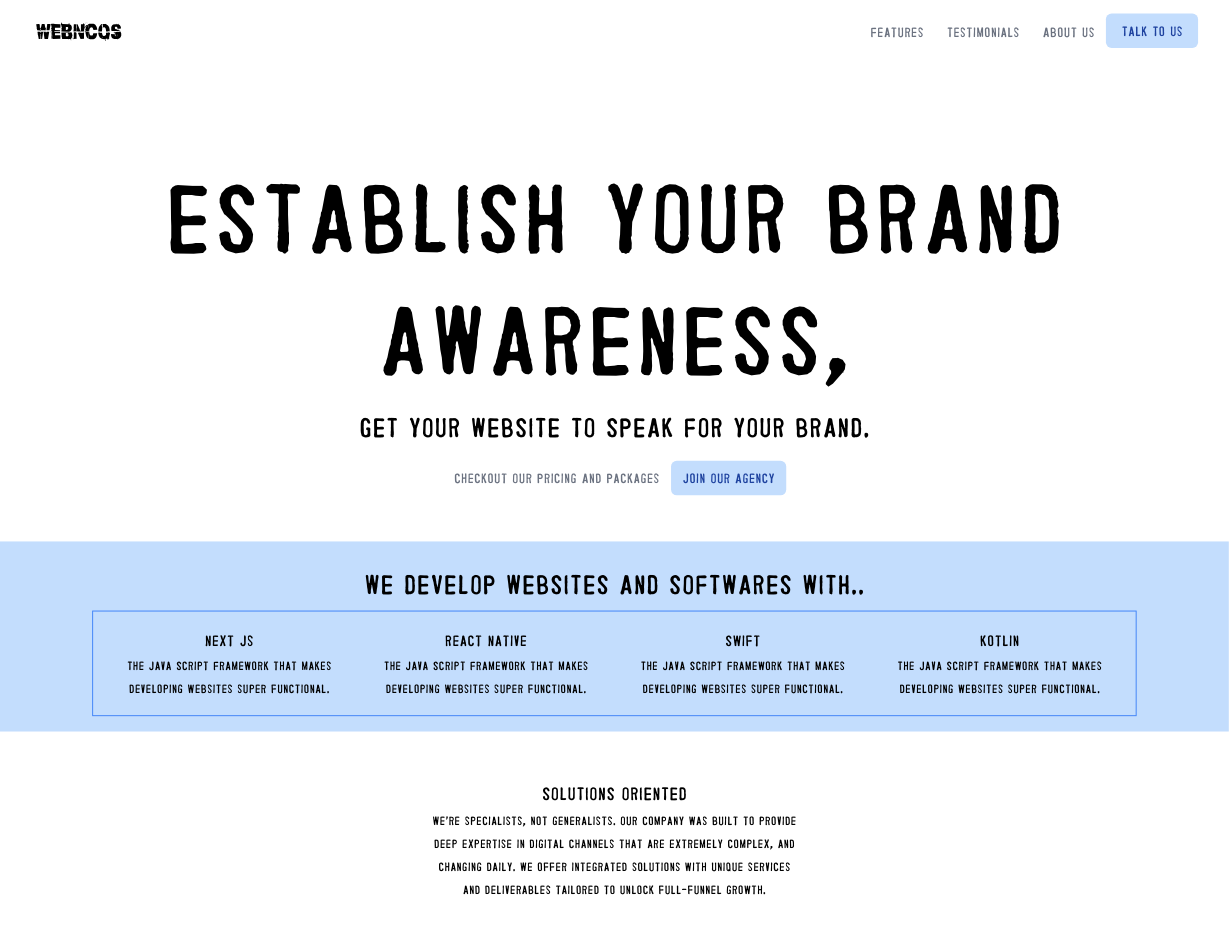
Repository: 1realjulius/webncos
Page: /
The author's editor kept a copy of each file at every save. The page is drawn from the files as they stood at one save, then again after the next save.
The browser window is 1280 px wide. The pictures show the whole page, at 96% of full size.
The project was rebuilt for these pictures with package versions that can differ from the ones it lists, and the page was loaded fresh each time. The framework's server and built-in components were replaced by stand-ins that run in the browser. Also part of the build but not shown: next.config.js.

Above is the page before, as saved 2022-09-02 08:38:05.

### pages/index.tsx
import type { NextPage } from "next";
import Head from "next/head";
import ComingSoon from "../components/ComingSoon";
import MainHome from "../components/MainHome";
import NavigationBar from "../components/NavigationBar";

const Home: NextPage = () => {
  return (
    <div className="flex min-h-screen flex-col font-parcel">
      <Head>
        <title>Webncos</title>
        <meta
          name="description"
          content="Website and Software Development Agency."
        />
        <meta property="og:type" content="website" />
        <meta property="og:url" content="https://www.webncos.com/" />
        <meta
          property="og:title"
          content="Webncos — Website and Software Development Agency."
        />
        <meta
          property="og:description"
          content="Website and Software Development Agency."
        />
        {/* <meta property="og:image" content="/Assets/newmemoji.svg"/> */}
        {/* <meta property="twitter:card" content="/Assets/Julius_Eghan.jpg"/> */}
        <meta property="twitter:url" content="https://www.webncos.com/" />
        <meta
          property="twitter:title"
          content="Webncos — Website and Software Development Agency."
        />
        <meta
          property="twitter:description"
          content="Website and Software Development Agency."
        />
        {/* <meta property="twitter:image" content="/Assets/Julius_Eghan.jpg"/> */}
        <link rel="icon" href="/favicon.ico" />
        <link
          rel="apple-touch-icon"
          sizes="180x180"
          href="/apple-touch-icon.png"
        />
        <link
          rel="icon"
          type="image/png"
          sizes="32x32"
          href="/favicon-32x32.png"
        />
        <link
          rel="icon"
          type="image/png"
          sizes="16x16"
          href="/favicon-16x16.png"
        />
        <link rel="manifest" href="/site.webmanifest" />
        {/* <meta name="google-site-verification" content="0HesePHVymRqGiL70HUKPIq0Zsap0uUIb_Ci0DpImRY" /> */}
        <meta
          name="theme-color"
          content="#2563eb"
          media="(prefers-color-scheme: light)"
        />
        <meta
          name="theme-color"
          content="#2563eb"
          media="(prefers-color-scheme: dark)"
        />
      </Head>
      <NavigationBar />
      <MainHome />
    </div>
  );
};

export default Home;

### styles/globals.css
@tailwind base;
@tailwind components;
@tailwind utilities;

@layer base{
      @font-face{
        font-family: 'ApercuBold';
        src: url("/Fonts/ApercuPro-Bold.woff") format("woff"),url("/Fonts/ApercuPro-Bold.woff2") format("woff2");
      }
      @font-face{
        font-family: 'ApercuMedium';
        src: url("/Fonts/ApercuPro-Medium.woff") format("woff"),url("/Fonts/ApercuPro-Medium.woff2") format("woff2");
      }
      @font-face{
        font-family: 'circularBlack';
        src: url("/Fonts/circular-black.woff2") format("woff2");
      }
      @font-face{
        font-family: 'circularBold';
        src: url("/Fonts/circular-bold.woff2") format("woff2");
      }
      @font-face{
        font-family: 'circularBook';
        src: url("/Fonts/circular-book.woff2") format("woff2");
      }
      @font-face{
        font-family: 'circularMedium';
        src: url("/Fonts/circular-medium.woff2") format("woff2");
      }
      @font-face{
        font-family: 'parcel';
        src: url("/Fonts/parcel.woff2") format("woff2"), url("/Fonts/parcel.woff") format("woff");
      }
    }

### components/MainHome.tsx
import Link from "next/link";
import React from "react";
import Image from "next/image";
import FeatureImg from "/Assets/Julius_Eghan.jpg";
import FImg from "/Assets/Julius_Eghan.jpg";

const MainHome = () => {
  return (
    <div>
      {/* header */}
      <div>
        <div className=" flex flex-col items-center justify-center mt-20 mb-10">
          <div className="pt-4 pb-2">
            <h1 className="text-6xl md:text-9xl text-center font-parcel px-2">
              ESTABLISH YOUR BRAND AWARENESS,
            </h1>
          </div>
          <div className="pb-2">
            <h2 className="text-2xl md:text-4xl font-parcel px-2">
              GET YOUR WEBSITE TO SPEAK FOR YOUR BRAND.
            </h2>
          </div>
          <div className="flex flex-col md:flex-row items-center">
            <div className="px-3 py-1 my-2">
              <Link href="#">
                <h3 className="text-gray-500 hover:text-gray-900 cursor-pointer text-lg">
                  Checkout Our Pricing And Packages
                </h3>
              </Link>
            </div>
            <Link href="#">
              <div className="px-3 py-1 rounded-md bg-blue-200 active:bg-blue-300 my-2 cursor-pointer">
                <h3 className="text-blue-800 text-lg">Join Our Agency</h3>
              </div>
            </Link>
          </div>
        </div>
      </div>
      {/* We develop brands */}
      <div className="flex flex-col bg-blue-200 p-4 px-4 md:px-24 items-center justify-center">
        <div className="py-2">
          <h1 className="text-xl md:text-4xl">
            WE DEVELOP WEBSITES AND SOFTWARES WITH..
          </h1>
        </div>
        <div className="p-2 flex flex-col md:flex-row border border-blue-500">
          <div className="flex flex-row">
            <div className="p-2 text-center">
              <div>
                <h1 className="text-xl">Next Js</h1>
              </div>
              <div>
                The Java Script Framework that makes developing websites super
                functional.
              </div>
            </div>
            <div className="p-2 text-center">
              <div>
                <h1 className="text-xl">React Native</h1>
              </div>
              <div>
                The Java Script Framework that makes developing websites super
                functional.
              </div>
            </div>
          </div>
          <div className=" flex flex-row">
            <div className="p-2 text-center">
              <div>
                <h1 className="text-xl">Swift</h1>
              </div>
              <div>
                The Java Script Framework that makes developing websites super
                functional.
              </div>
            </div>
            <div className="p-2 text-center">
              <div>
                <h1 className="text-xl">Kotlin</h1>
              </div>
              <div>
                The Java Script Framework that makes developing websites super
                functional.
              </div>
            </div>
          </div>
        </div>
      </div>
      {/* Fameworks Used */}
      <div className=" my-12">
        <div className="flex flex-col items-center justify-center mx-4">
          <h1 className="text-2xl">SOLUTIONS ORIENTED</h1>
          <p className="text-center">
            We’re specialists, not generalists. Our company was built to provide <br />
            deep expertise in digital channels that are extremely complex, and <br />
            changing daily. We offer integrated solutions with unique services <br />
            and deliverables tailored to unlock full-funnel growth.
          </p>
        </div>
      </div>
      {/* Services We offer (Features) */}
      <div></div>
      {/* Testimonials */}
      <div></div>
      {/* FAQs */}
      <div></div>
      {/* Other Sections */}
      <div></div>
    </div>
  );
};

export default MainHome;

### components/NavigationBar.tsx
/* This example requires Tailwind CSS v2.0+ */
import { Fragment } from "react";
import { Disclosure, Menu, Transition } from "@headlessui/react";
import { BellIcon, MenuIcon, XIcon } from "@heroicons/react/outline";
import Link from "next/link";
import Image from "next/image";

function classNames(...classes: string[]) {
  return classes.filter(Boolean).join(" ");
}

export default function NavigationBar() {
  return (
    <Disclosure as="nav" className="bg-white">
      {({ open }) => (
        <>
          <div className="max-w-7xl mx-auto px-4 sm:px-6 lg:px-8">
            <div className="flex justify-between h-16">
              <div className="flex">
                <div className="flex-shrink-0 flex items-center">
                  {/* the logo */}
                  <Link href="#">
                    <Image
                      src="/Assets/webncos-logo-lg.svg"
                      width={100}
                      height={22}
                      alt="webncos logo"
                      className=""
                    />
                  </Link>
                </div>
                <div className="hidden sm:ml-6 sm:flex sm:space-x-8"></div>
              </div>
              <div className="hidden sm:ml-6 sm:flex sm:items-center">
                <a
                  href="#"
                  className="text-gray-500 text-lg hover:text-gray-900 inline-flex items-center px-3 pt-1 "
                >
                  Features
                </a>
                <a
                  href="#"
                  className=" text-gray-500 hover:text-gray-900 inline-flex items-center px-3 pt-1  text-lg"
                >
                  Testimonials
                </a>
                <a
                  href="#"
                  className=" text-gray-500 hover:text-gray-900 inline-flex items-center px-3 pt-1  text-lg"
                >
                  About Us
                </a>
                <Link href="#">
                  <div className="px-4 py-1 bg-blue-200 active:bg-blue-300 rounded-md cursor-pointer">
                    <h2 className="text-blue-800 text-lg">Talk To Us</h2>
                  </div>
                </Link>
              </div>
              <div className="-mr-2 flex items-center sm:hidden">
                {/* Mobile menu button */}
                <Disclosure.Button className="inline-flex items-center justify-center p-2 rounded-full text-gray-400 hover:text-gray-500 hover:bg-gray-100 ">
                  <span className="sr-only">Open main menu</span>
                  {open ? (
                    <XIcon className="block h-6 w-6" aria-hidden="true" />
                  ) : (
                    <MenuIcon className="block h-6 w-6" aria-hidden="true" />
                  )}
                </Disclosure.Button>
              </div>
            </div>
          </div>

          <Disclosure.Panel className="sm:hidden border-2 rounded-lg px-2 mx-2">
            <div className="flex flex-col pt-2 space-y-1 items-center">
              <a
                className="hover:bg-gray-100 w-full text-center py-2 rounded-md text-lg"
                href="#"
              >
                Features
              </a>
              <a
                className="hover:bg-gray-100 w-full text-center py-2 rounded-md text-lg"
                href="#"
              >
                Testimonials
              </a>
              <a
                className="hover:bg-gray-100 w-full text-center py-2 rounded-md text-lg"
                href="#"
              >
                About Us
              </a>
            </div>
            <div className="flex py-2 items-center justify-center">
              <Link href="#">
                <div className="px-3 py-1 bg-blue-200 active:bg-blue-300 rounded-md cursor-pointer">
                  <h2 className="text-blue-800 text-lg">Contact Us</h2>
                </div>
              </Link>
            </div>
          </Disclosure.Panel>
        </>
      )}
    </Disclosure>
  );
}

### tailwind.config.js
/** @type {import('tailwindcss').Config} */
module.exports = {
  content: [
    './pages/**/*.{js,ts,jsx,tsx}',
    './components/**/*.{js,ts,jsx,tsx}',
    "./node_modules/flowbite-react/**/*.js",
  ],
  theme: {
    extend: {
      fontFamily: {
        ApercuBold: 'ApercuBold, sans',
        ApercuMedium: 'ApercuMedium, sans',
        circularBlack: 'circularBlack, sans',
        circularBold: 'circularBold, sans',
        circularBook: 'circularBook, sans',
        circularMedium: 'circularMedium, sans',
        parcel: 'parcel, sans',
      },
    },
  },
  plugins: [
    require("flowbite/plugin")
  ],
}

Loaded but not shown: pages/_app.tsx (common file); pages/api/hello.ts (common file)

After the next save:
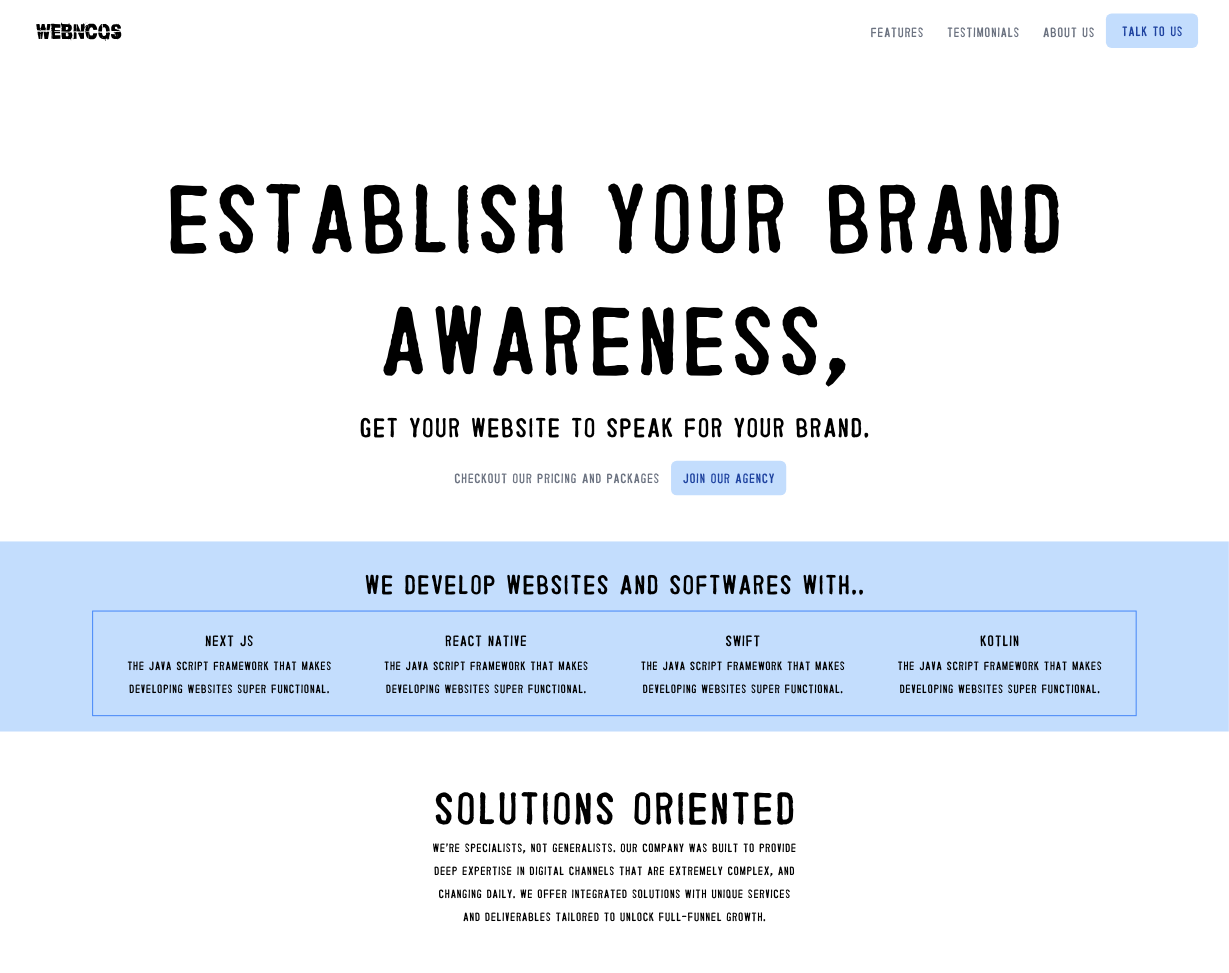
Saved 50 s later.
--- a/components/MainHome.tsx
+++ b/components/MainHome.tsx
@@ -87,9 +87,9 @@ const MainHome = () => {
         </div>
       </div>
       {/* Fameworks Used */}
-      <div className=" my-12">
+      <div className="my-12">
         <div className="flex flex-col items-center justify-center mx-4">
-          <h1 className="text-2xl">SOLUTIONS ORIENTED</h1>
+          <h1 className="text-2xl md:text-6xl">SOLUTIONS ORIENTED</h1>
           <p className="text-center">
             We’re specialists, not generalists. Our company was built to provide <br />
             deep expertise in digital channels that are extremely complex, and <br />
